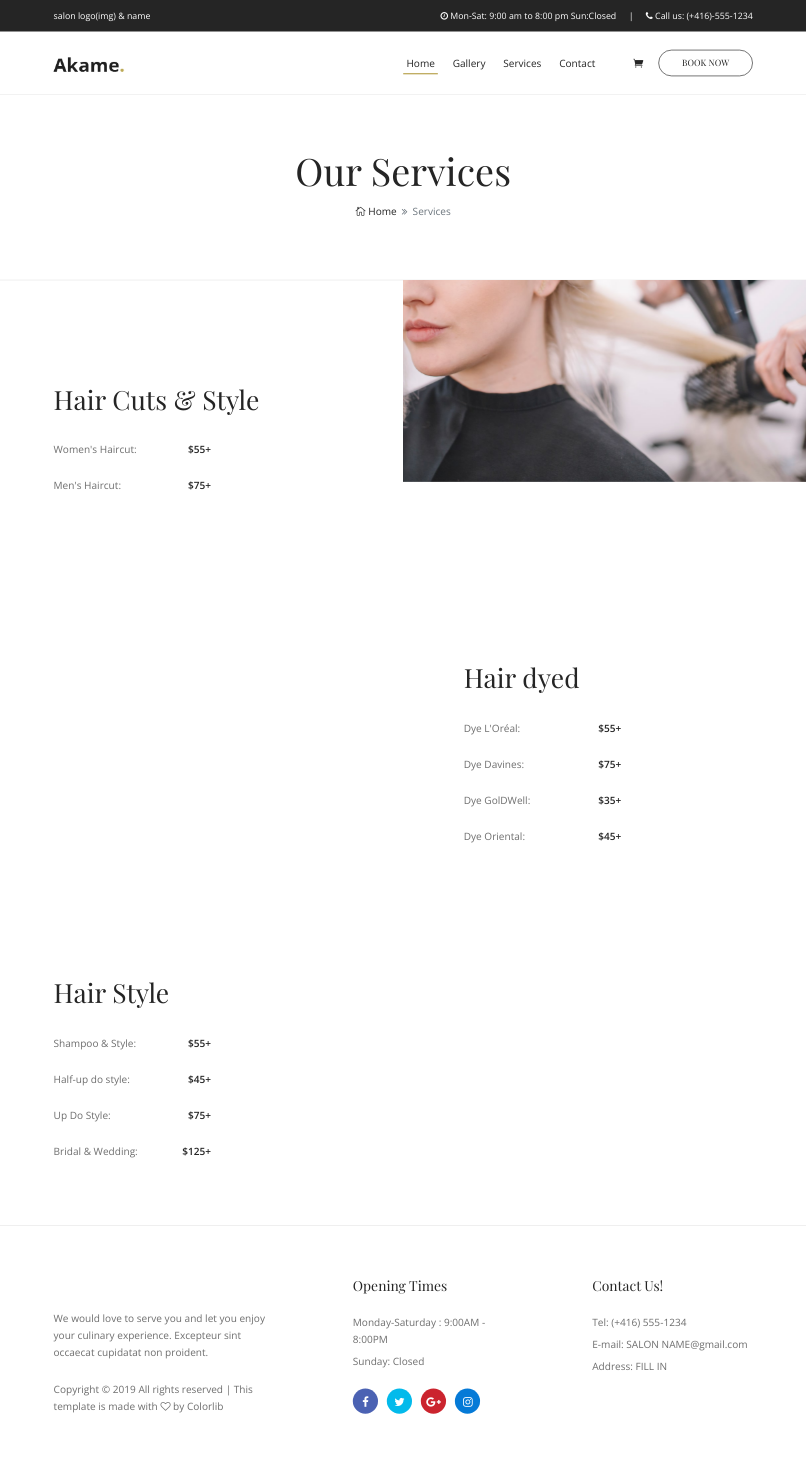
Repository: hanihassan1/Bay-wash-studio
Page: http://localhost/service
The author's editor kept a record of every edit. The page is drawn from the files as they stood at one moment, then again after the next edit.
The browser window is 1280 px wide. The pictures show the whole page, at 63% of full size.
The page is served by the project's application, run on Flask 3 (run.py).

Above is the page before.
Console error: TypeError: Cannot read properties of null (reading 'jQuery22409362962306477132')

After the next edit:
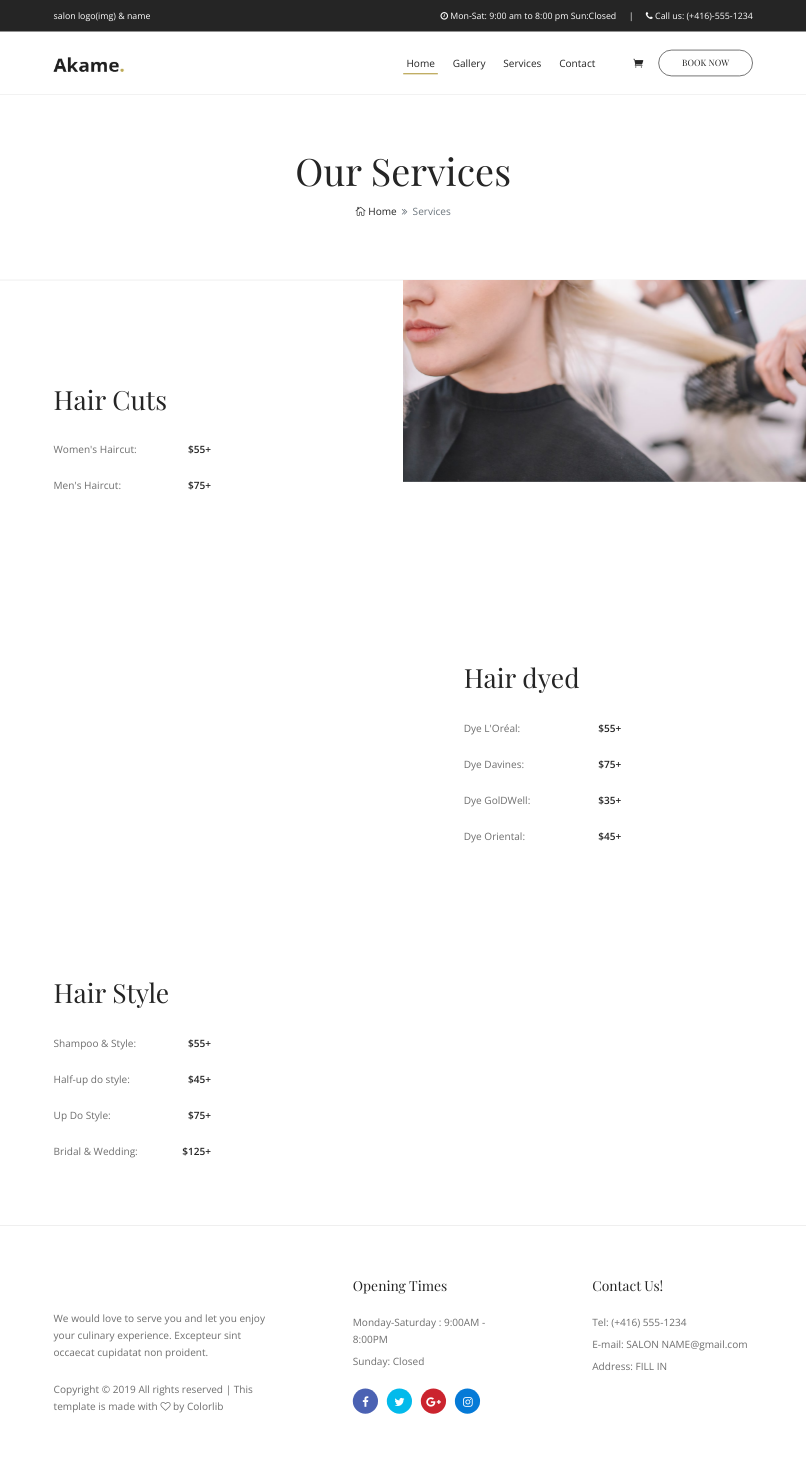
The edit:
--- a/templates/service.html
+++ b/templates/service.html
@@ -49,7 +49,7 @@
         <!-- Service Content -->
         <div class="service-content">
             <div class="service-text">
-                <h2>Hair Cuts &amp; Style</h2>
+                <h2>Hair Cuts</h2>
                 <p><span>Women's Haircut:</span> <span>$55+</span></p>
                 <p><span>Men's Haircut:</span> <span>$75+</span></p>
 
